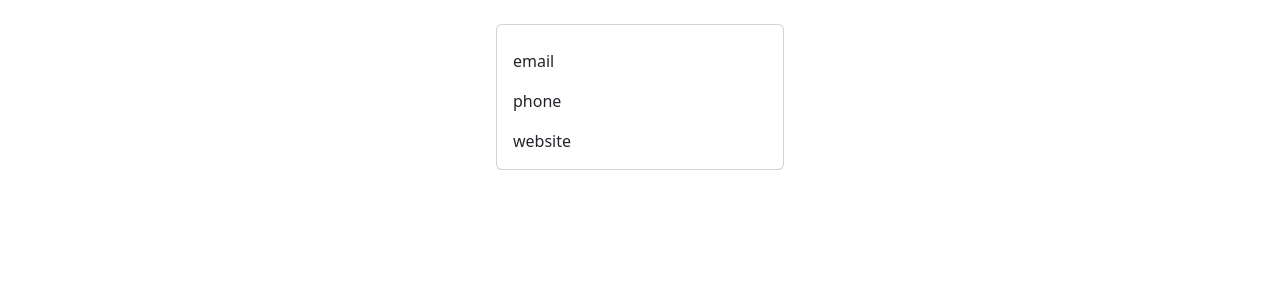
Repository: AndreyMykulych/javascript
Page: 14/index.html
An editor plug-in stored every save of this project. The page is shown before and after the next save, followed by the edit.
The browser window is 1280 px wide. The pictures show the whole page.
The page's requests for data from a server got no answer.

Above is the page before, as saved 2023-05-11 00:47:54.

### 14/index.html
<!DOCTYPE html>
<html lang="en">
<head>
    <meta charset="UTF-8">
    <meta http-equiv="X-UA-Compatible" content="IE=edge">
    <meta name="viewport" content="width=device-width, initial-scale=1.0">
    <title>Document</title>
    <script src="https://cdn.jsdelivr.net/npm/axios/dist/axios.min.js"></script>
    <link href="https://cdn.jsdelivr.net/npm/bootstrap@5.3.0-alpha3/dist/css/bootstrap.min.css" rel="stylesheet" integrity="sha384-KK94CHFLLe+nY2dmCWGMq91rCGa5gtU4mk92HdvYe+M/SXH301p5ILy+dN9+nJOZ" crossorigin="anonymous">
    <script src="one.js" >

    </script>
</head>
<body>
    <div class="container d-flex justify-content-center" >
            <div class="card mt-4 mb-4"  style="width: 18rem;">
                <div class="card-body ">
                    <h5 class="card-title">Name </h5>
                    <p class="card-text email">email</p>
                    <p class="card-text phone">phone</p>
                    <p class = "card-text website"> website</p>
                 </div>

            </div>

    </div>
    <script src="https://cdn.jsdelivr.net/npm/bootstrap@5.3.0-alpha3/dist/js/bootstrap.bundle.min.js" integrity="sha384-ENjdO4Dr2bkBIFxQpeoTz1HIcje39Wm4jDKdf19U8gI4ddQ3GYNS7NTKfAdVQSZe" crossorigin="anonymous"></script>
</body>
</html>

### 14/one.js

window.onload = () => {
    let users = []
    axios
        .get(' https://jsonplaceholder.typicode.com/users')
        .then(function (response) {

            console.log(response.data[0].name);
            for (let i = 0; i < response.data.length; i++) {
                users.push(response.data[i])
            }
            console.log(users)
        })
        .catch((error) => {
            console.log(error)
        })

    let cardName = document.querySelector('.card-title')
    let email = document.querySelector('.email')
    let phone = document.querySelector('.phone')
    let website = document.querySelector('.website')

    cardName.innerHTML = `${users}`
}

After the next save:
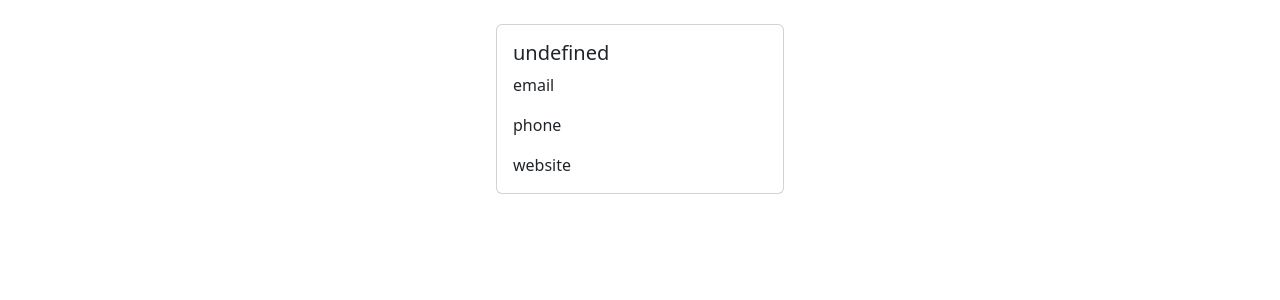
Saved 9 s later.
--- a/14/one.js
+++ b/14/one.js
@@ -20,5 +20,5 @@ window.onload = () => {
     let phone = document.querySelector('.phone')
     let website = document.querySelector('.website')
 
-    cardName.innerHTML = `${users}`
+    cardName.innerHTML = `${users[0]}`
 }
